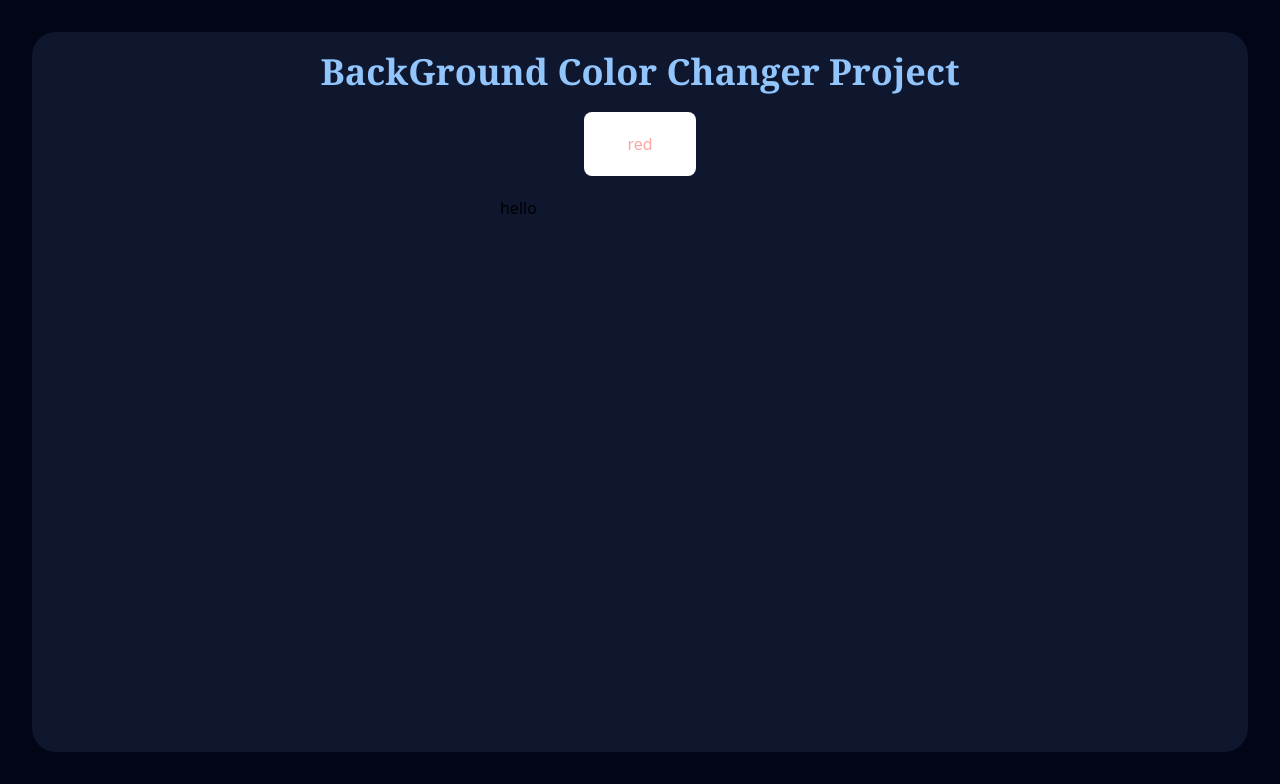
Repository: ChaitanyMishra/react-daily-work
Page: / (app in day-04-react/bg_color_changer/)
The author's editor kept a copy of each file at every save. The page is drawn from the files as they stood at one save, then again after a run of saves.
The browser window is 1280 px wide. The pictures show the whole page.
The project was rebuilt for these pictures with package versions that can differ from the ones it lists, and the page was loaded fresh each time. Also part of the build but not shown: day-04-react/bg_color_changer/vite.config.js.

Above is the page before, as saved 2025-06-20 17:04:26.

After the next 6 saves:
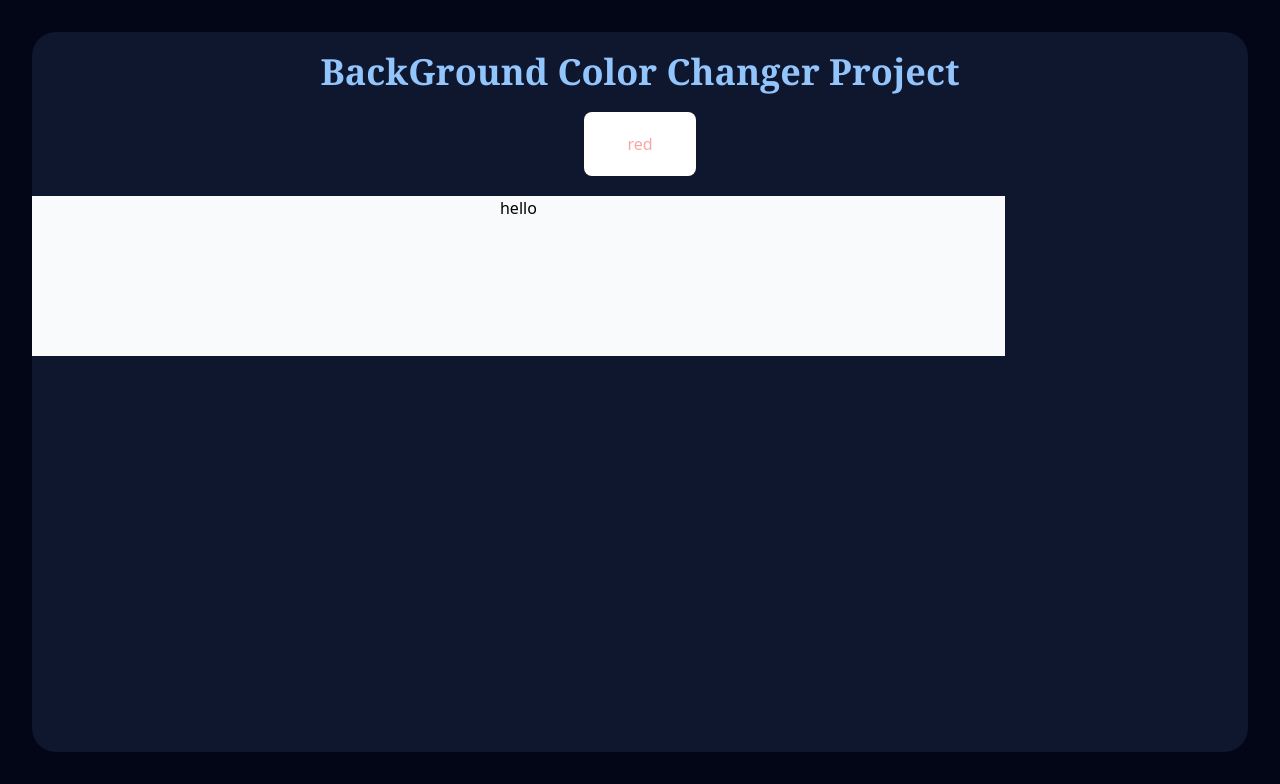
The 6 saves are shown as one change because they came seconds apart.
The last was saved 18 s later.
--- a/day-04-react/bg_color_changer/src/backGrounColorChanger/bgChange.jsx
+++ b/day-04-react/bg_color_changer/src/backGrounColorChanger/bgChange.jsx
@@ -1,6 +1,6 @@
 export default function ChangeBgColor(){
     return(
-        <div className=" h-[10rem] w-[80%] bg-red ">
+        <div className=" h-[10rem] w-[80%] bg-slate-50 ">
             hello
         </div>
 
